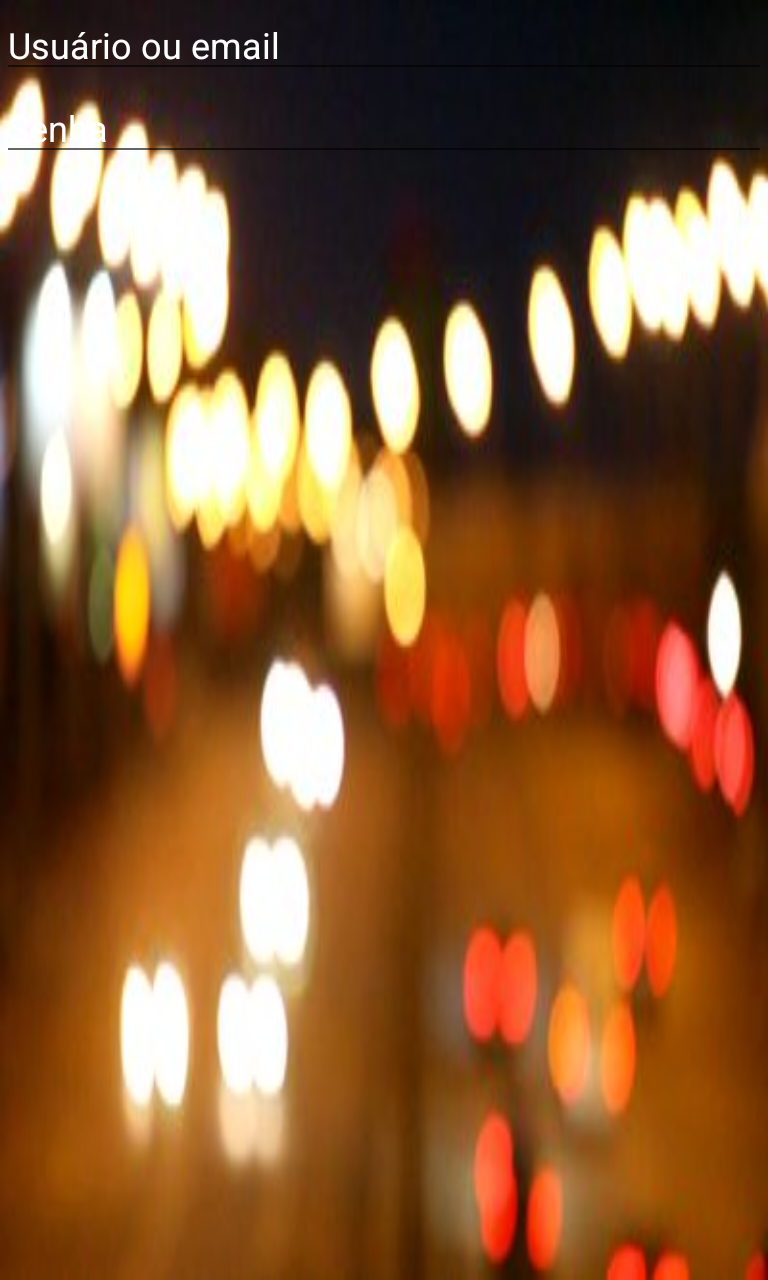
Repository: wellingtondessuy/AppLearning
Layout: HappyApp/res/layout/activity_login.xml
These files come from the project's save history. The layout is drawn as it stood at one moment and after the next save; the edit follows.
It is drawn on a 768 x 1280 px phone screen (xhdpi) without system bars, with theme AppTheme; the app's code is not run.

Above is the layout before, as saved 2015-05-22 19:08:59.

After the next save:
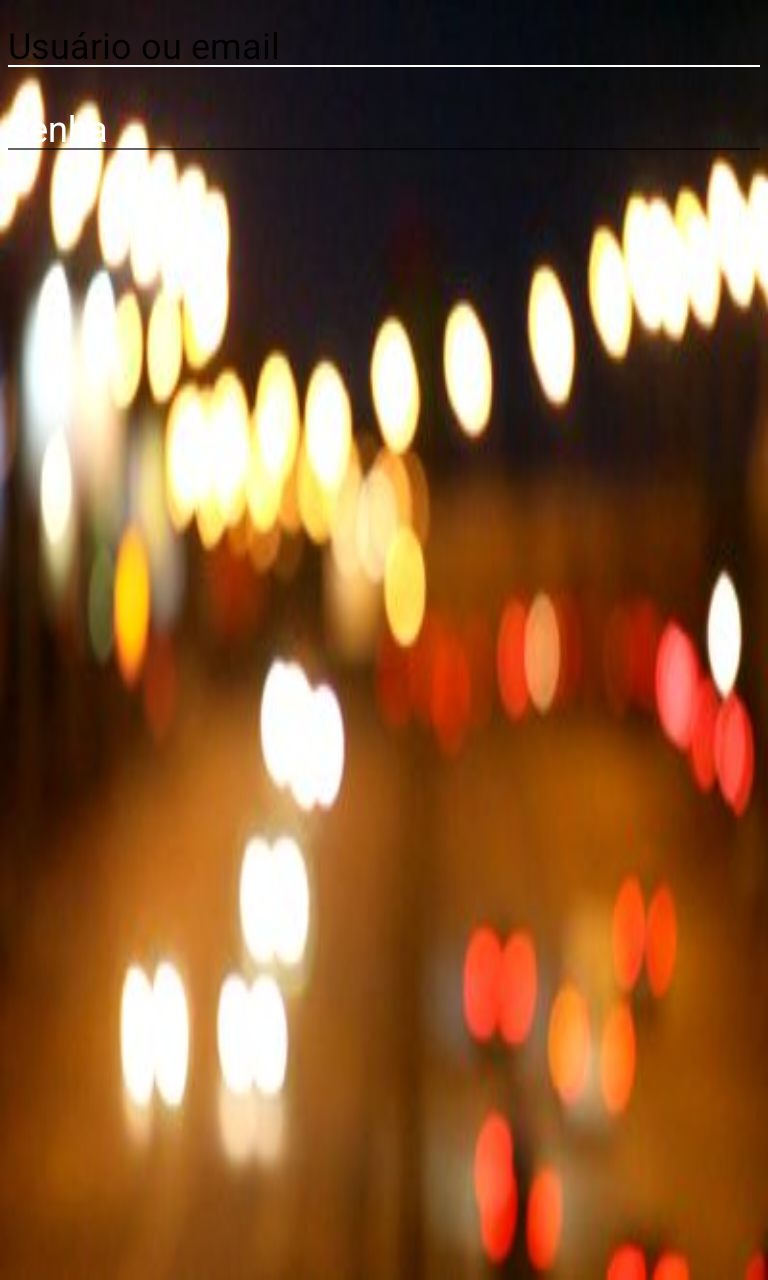
Saved 31 s later.
--- a/HappyApp/res/layout/activity_login.xml
+++ b/HappyApp/res/layout/activity_login.xml
@@ -9,9 +9,10 @@
     <EditText
         android:id="@+id/login_user"
         android:hint="@string/username_or_email"
-        android:textColorHint="#FFFFFF"
+        android:textColorHint="#000000"
         android:layout_width="match_parent"
         android:layout_height="wrap_content"
+        android:backgroundTint="#FFFFFF"
         />
 
     <EditText
